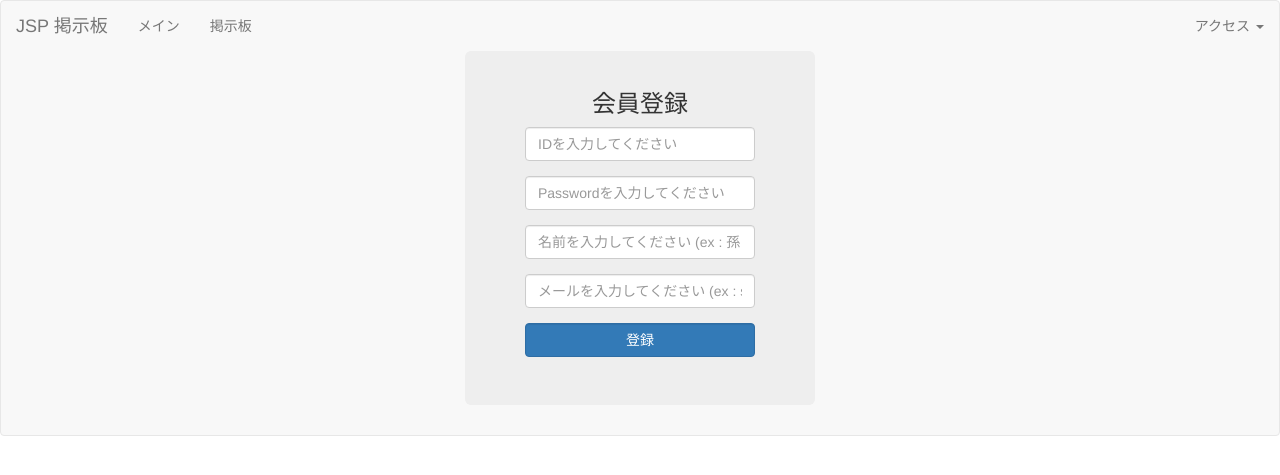
Repository: dengpu/JSP
Page: http://localhost/BBS/join.jsp
An editor plug-in stored every save of this project. The page is shown before and after the next save, followed by the edit.
The browser window is 1280 px wide. The pictures show the whole page.
Some web libraries are served in a nearby version. The page is served by Tomcat 9.

Above is the page before, as saved 2017-05-15 05:08:31.

After the next save:
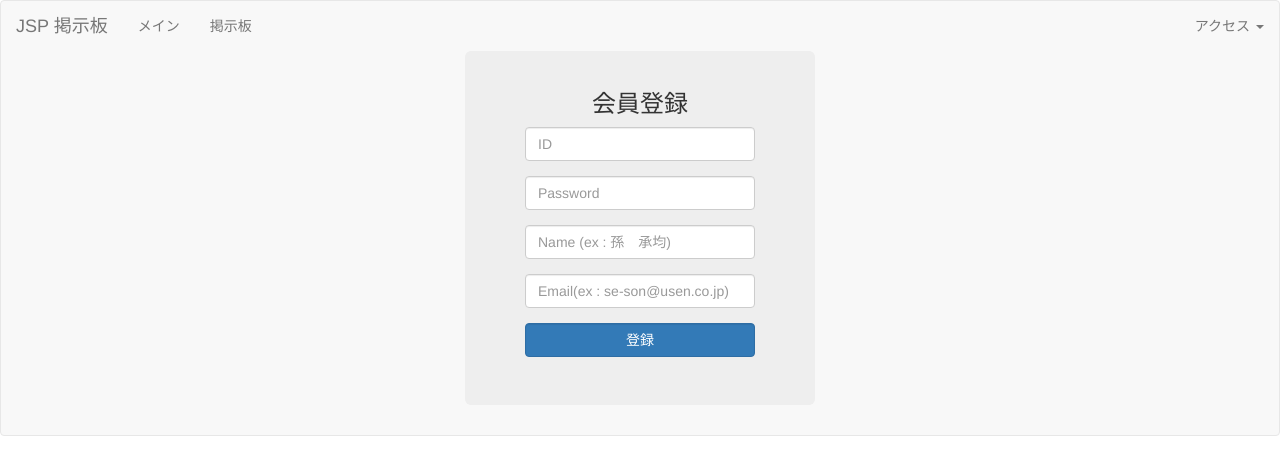
Saved 71 s later.
--- a/BBS/WebContent/join.jsp
+++ b/BBS/WebContent/join.jsp
@@ -47,16 +47,16 @@
 			<form method="post" action="joinAction.jsp">
 			<h3 style="text-align:center">会員登録</h3>
 			<div class="form-group">
-				<input type="text" class="form-control" placeholder="IDを入力してください" name="userID" maxlength="20">
+				<input type="text" class="form-control" placeholder="ID" name="userID" maxlength="20">
 				</div>
 				<div class="form-group">
-				<input type="password" class="form-control" placeholder="Passwordを入力してください" name="userPassword" maxlength="20">
+				<input type="password" class="form-control" placeholder="Password" name="userPassword" maxlength="20">
 				</div>
 				<div class="form-group">
-				<input type="text" class="form-control" placeholder="名前を入力してください (ex : 孫　承均)" name="userName" maxlength="20">
+				<input type="text" class="form-control" placeholder="Name (ex : 孫　承均)" name="userName" maxlength="20">
 				</div>
 				<div class="form-group">
-				<input type="email" class="form-control" placeholder="メールを入力してください (ex : se-son@usen.co.jp)" name="userEmail" maxlength="20">
+				<input type="email" class="form-control" placeholder="Email(ex : se-son@usen.co.jp)" name="userEmail" maxlength="20">
 				</div>
 				<input type="submit" class="btn btn-primary form-control" value="登録">
 
